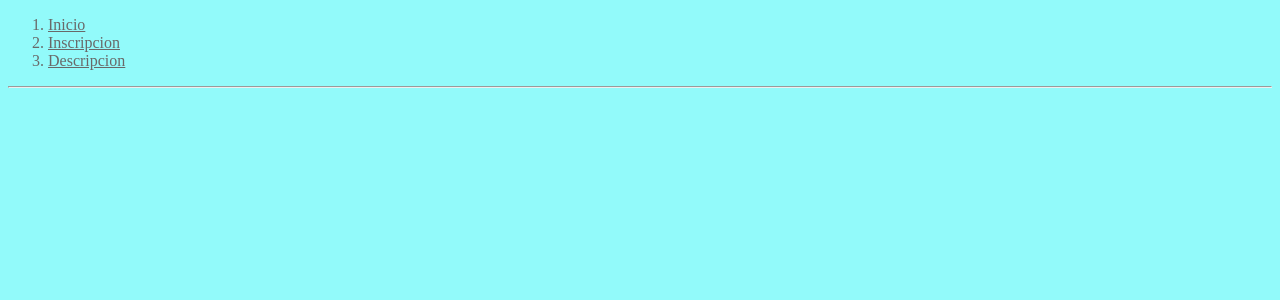
Repository: Arito05/Mi-primer-Repositorio
Page: nuevo/zdescripcion.html
These files come from the project's save history. The page is drawn as it stood at one moment and after the next save; the edit follows.
The browser window is 1280 px wide. The pictures show the whole page.

Above is the page before, as saved 2024-07-20 11:27:54.

### nuevo/zdescripcion.html
<!DOCTYPE html>
<html lang="en">
  <head>
    <meta charset="UTF-8" />
    <meta name="viewport" content="width=device-width, initial-scale=1.0" />
    <title>Document</title>
     <style>
      body {
        background-color: rgba(14, 244, 244, 0.451);
      }
    </style>
  </head>
  <body>
    <ol style="color: dimgrey">
      <li><a href="inicio.html" style="color: dimgrey">Inicio</a></li>
      <li><a href="inscripcion.html" style="color: dimgrey">Inscripcion</a></li>
      <li>
        <a href="zdescripcion.html" style="color: dimgrey">Descripcion</a>
      </li>
    </ol>
    <hr style="color: white" />
  </body>
</html>

After the next save:
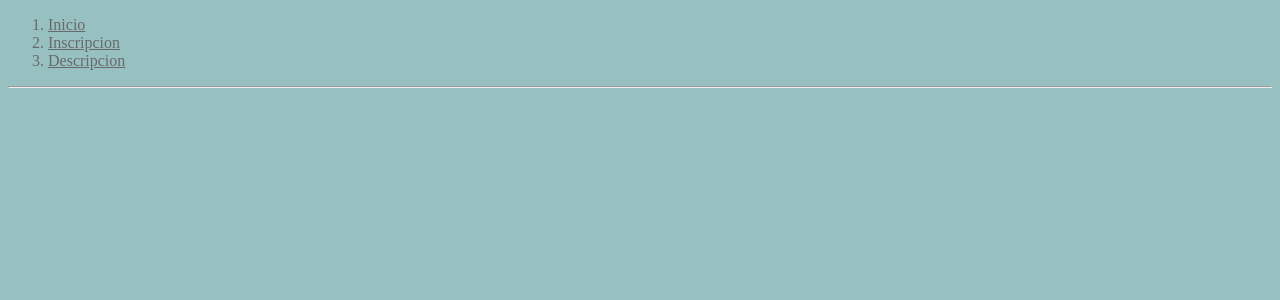
Saved 17 s later.
--- a/nuevo/zdescripcion.html
+++ b/nuevo/zdescripcion.html
@@ -6,7 +6,7 @@
     <title>Document</title>
      <style>
       body {
-        background-color: rgba(14, 244, 244, 0.451);
+        background-color: rgba(25, 117, 117, 0.451);
       }
     </style>
   </head>
